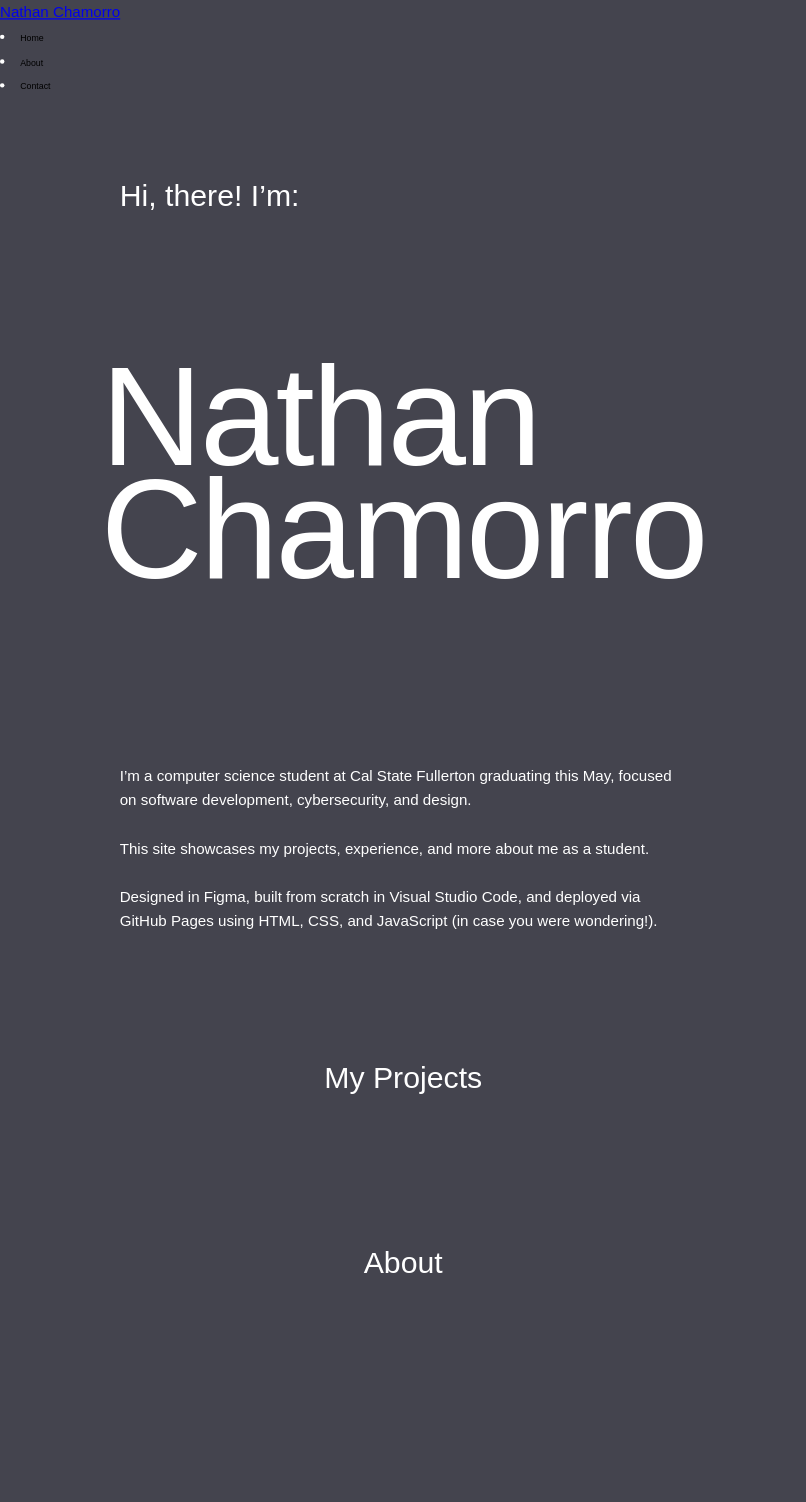
Repository: nathanchamorro1/nathanchamorro1.github.io
Page: index.html
These files come from the project's save history. The page is drawn as it stood at one moment and after the next save; the edit follows.
The browser window is 1280 px wide. The pictures show the whole page, at 63% of full size.
Some web fonts or font styles are not loaded; a fallback is used.

Above is the page before, as saved 2026-02-17 16:56:19.

### index.html
<!DOCTYPE html>
<html lang="en">

<head>
<meta charset="UTF-8">
<meta name="viewport" content = "width=device-width,initial-scale=1">
<title>Nathan Chamorro's Portfolio</title>
<link rel = "icon" type = "image/x-icon" href = "/assets/snoopy-favicon.ico">
<link rel="stylesheet" href="https://use.typekit.net/lhh1weh.css">
<link rel="stylesheet" href="css/style.css">
</head>

<div class="layout">
  <nav class="sidebar">
    <a href="#home" class="nav-logo">Nathan Chamorro</a>
      <li><a href="#home" class="nav-link">Home</a></li>
            <li><a href="#about" class="nav-link">About</a></li>
      <li><a href="#contact" class="nav-link">Contact</a></li>
      </nav>

  <main class="content">
    <div class="content-wrapper">
  <section class="hero">
    <h2 class="reveal">Hi, there! I’m:</h2>
    <h1 class="reveal">Nathan Chamorro</h1>
  </section>
      <p class="reveal">
        <br>I’m a computer science student at Cal State Fullerton graduating this May, focused on software development, cybersecurity, and design. <br>
        <br>This site showcases my projects, experience, and more about me as a student.<br>
        <br>Designed in Figma, built from scratch in Visual Studio Code, and deployed via GitHub Pages using HTML, CSS, and JavaScript (in case you were wondering!). <br>
      </p>
    </section>

        <section id="projects" class="content-wrapper">
      <h3 class="reveal">My Projects</h3>
    </section>

    <section id="about" class="content-wrapper">
      <h3 class="reveal">About</h3>
    </section>

    <section id="contact" class="content-wrapper">
      <h3 class="reveal">Contact</h3>
    </section>
  </main>
</div>
<script src = "js/script.js"></script>

### css/style.css
body {
  background-color: #44444E;
  color: white;
  margin: 0;
  font-family: museo-sans, sans-serif;
  font-weight: 300;
  font-style: normal;
  font-variation-settings: "slnt" 0, "wght" 400;
  line-height: 1.6;
  font-size: 1.5rem;
}

.content-wrapper {
  max-width: 900px;
  margin: 0 auto;
  padding: 0 40px;
  padding-top: 80px;
  display: flex;
  flex-direction: column;
  gap: 40px;
}

.hero {
    min-height: calc(100vh-80px);
    display: flex;
    align-items: left;
    flex-direction: column;
    justify-content: center;
    text-align: left;
}

h1 {
    color: white;
    font-family: "instrument-serif", sans-serif;
    font-size: 14rem;
    font-weight: 400;
    font-variation-settings: "wght" 400;
    line-height: 0.8;
    margin: 0;
    letter-spacing: -0.02em;
    min-height: 100vh;
    display: flex;
    align-items: center;
    justify-content: center;
}

h2 {
    color: white;
    font-family: "instrument-serif", sans-serif;
    font-weight: 400;
    font-variation-settings: "wght" 400;
    font-size: 3rem;
    opacity: 0.8;
}

h3 {
    color: white;
    font-family: "instrument-serif", sans-serif;
    font-weight: 400;
    font-variation-settings: "wght" 400;
    font-size: 3rem;
    opacity: 0.8;
}

.reveal {
    opacity: 0;
    transform: translateY(20px);
    transition: opacity 0.7s ease, transform 0.7s ease;
}

.reveal-visible {
    opacity: 1;
    transform: translateY(0);
}

.navbar {
    position: fixed;
    top: 0;
    width: 100%;
    background: white;
    box-shadow: 0 2px 10px rgba(0,0,0,0.05);
    z-index: 1000;
}

.nav-container {
    max-width: 1000px;
    margin: 0 auto;
    display: flex;
    justify-content: space-between;
    align-items: left;
    padding: 15px 20px
}

.nav-menu {
    list-style: none;
    display: flex;
    gap: 25px;
    margin: 0;
    padding: 0;
}

.nav-link {
    text-decoration: none;
    color: black;
    font-size: 14px;
    position: relative;
}

.nav-link:hover {
    opacity: 0.6;
}

### js/script.js
const reveals = document.querySelectorAll(".reveal");

function revealOnScroll() {
  const windowHeight = window.innerHeight;

  reveals.forEach(el => {
    const elementTop = el.getBoundingClientRect().top;

    if (elementTop < windowHeight - 200) {
      el.classList.add("reveal-visible");
    }
  });
}

window.addEventListener("scroll", revealOnScroll);
revealOnScroll();

After the next save:
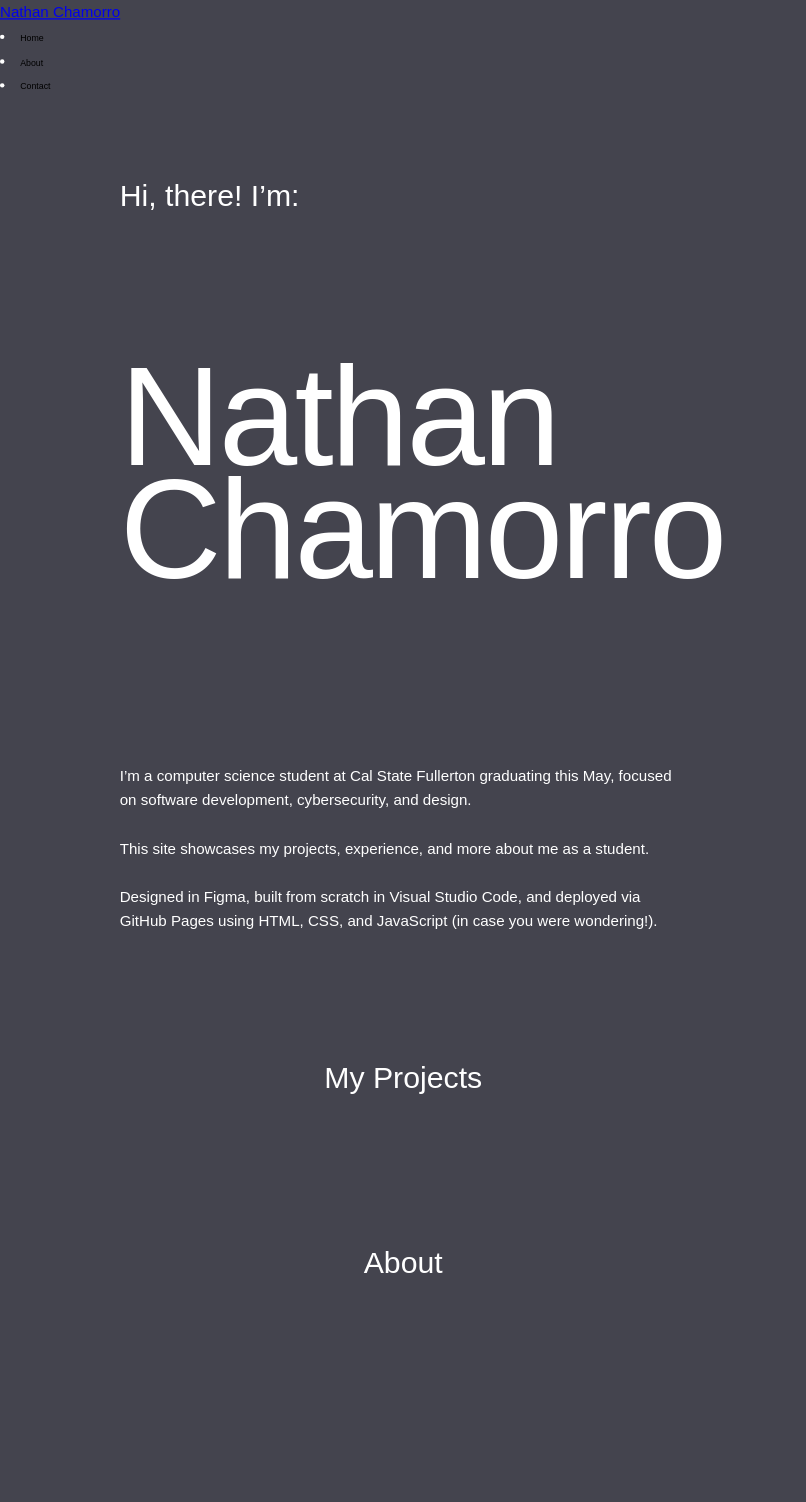
Saved 20 s later.
--- a/css/style.css
+++ b/css/style.css
@@ -21,9 +21,9 @@ body {
 }
 
 .hero {
-    min-height: calc(100vh-80px);
+    min-height: calc(100vh - 80px);
     display: flex;
-    align-items: left;
+    align-items: flex-start;
     flex-direction: column;
     justify-content: center;
     text-align: left;
